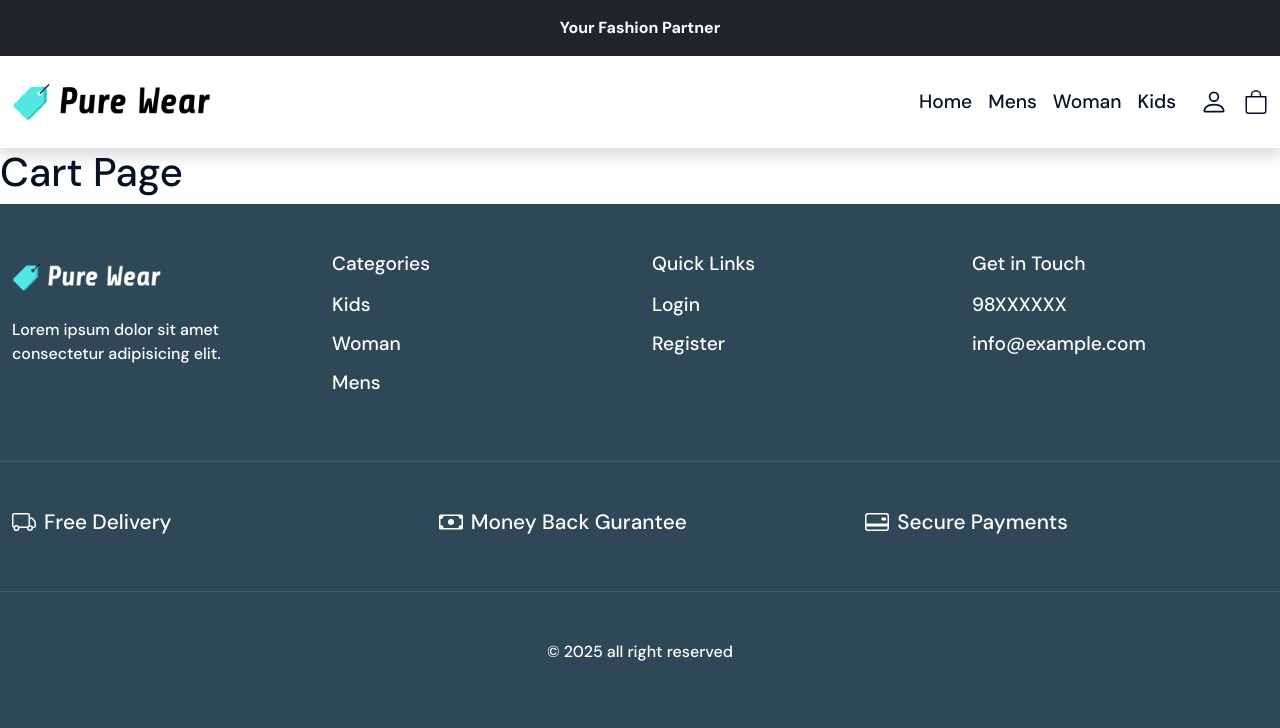
Repository: rajendratamang/react_ecommerce
Page: /cart
The author's editor kept a copy of each file at every save. The page is drawn from the files as they stood at one save, then again after the next save.
The browser window is 1280 px wide. The pictures show the whole page.
The project was rebuilt for these pictures with package versions that can differ from the ones it lists, and the page was loaded fresh each time. Also part of the build but not shown: vite.config.js, src/components/common/LatestProduct.jsx, src/components/common/FeaturedProducts.jsx, src/components/Home.jsx, src/components/Shop.jsx, src/components/Product.jsx.

Above is the page before, as saved 2025-11-05 16:14:05.

After the next save:
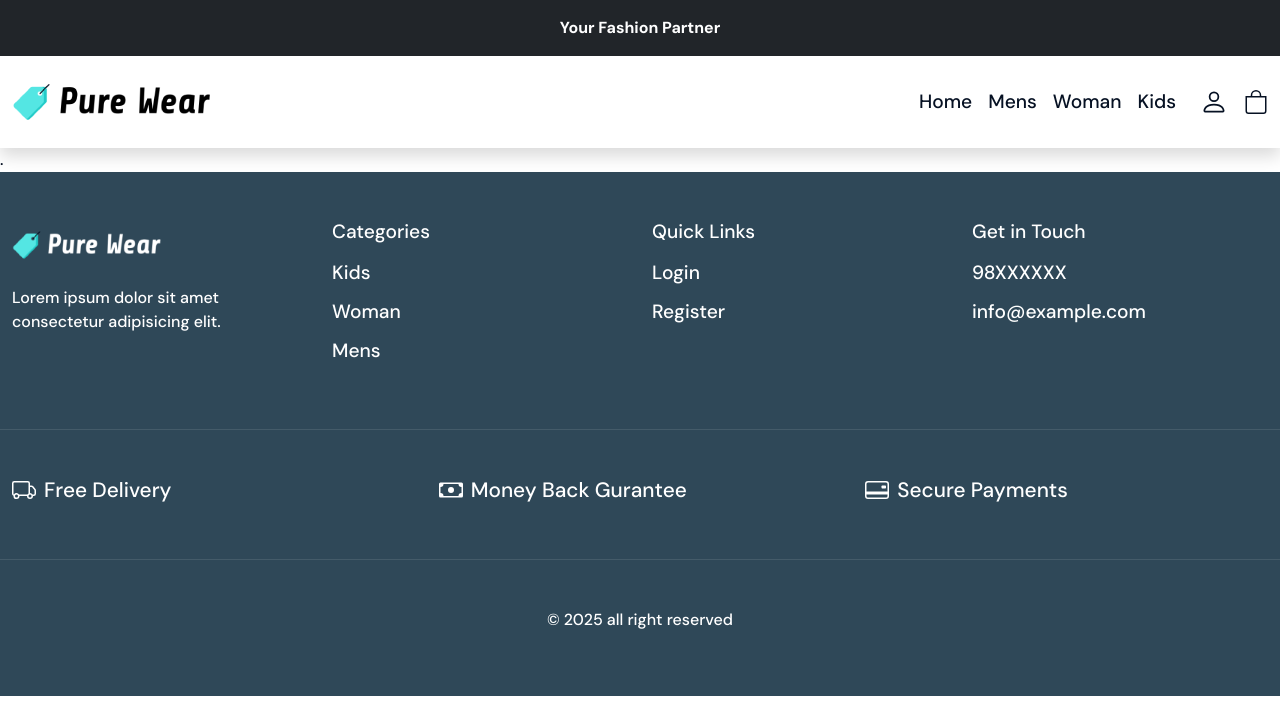
Saved 50 s later.
--- a/src/components/Cart.jsx
+++ b/src/components/Cart.jsx
@@ -4,7 +4,7 @@ import Layout from './common/Layout'
 const Cart = () => {
   return (
    <Layout>
-    <h1>Cart Page</h1>
+   .
    </Layout>
   )
 }
